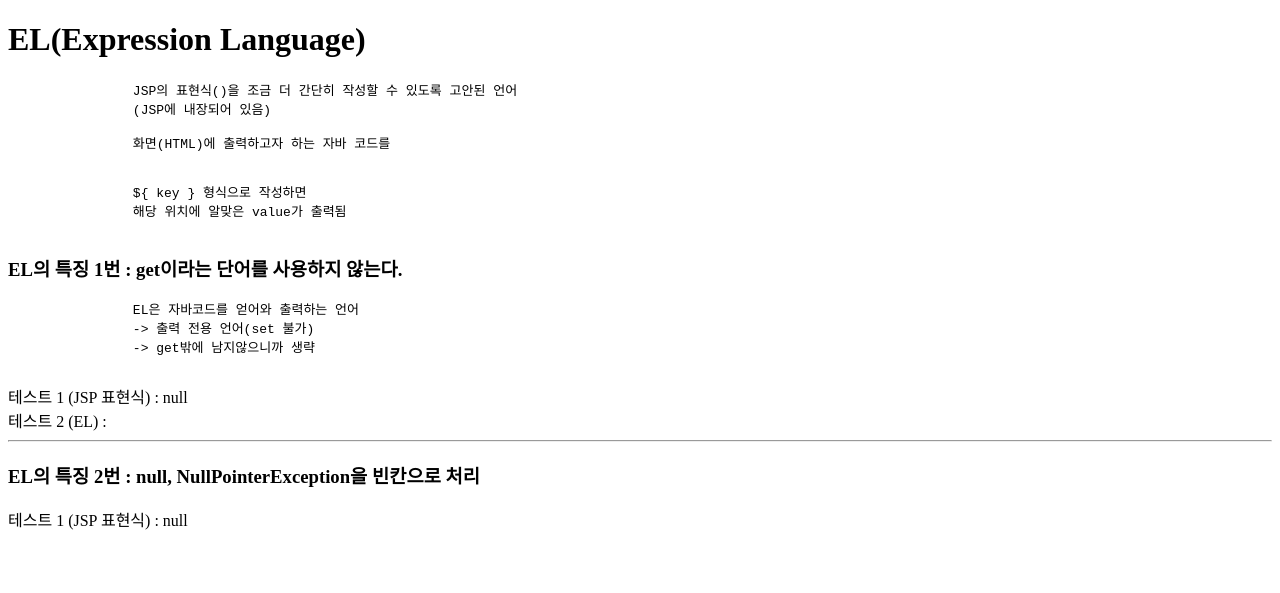
Repository: seungjoo1217/05_Server
Page: http://localhost/JSPProject2/elTest
The author's editor kept a copy of each file at every save. The page is drawn from the files as they stood at one save, then again after the next save.
The browser window is 1280 px wide. The pictures show the whole page.
The page is served by Tomcat 10.

Above is the page before, as saved 2024-03-22 03:28:14.

After the next save:
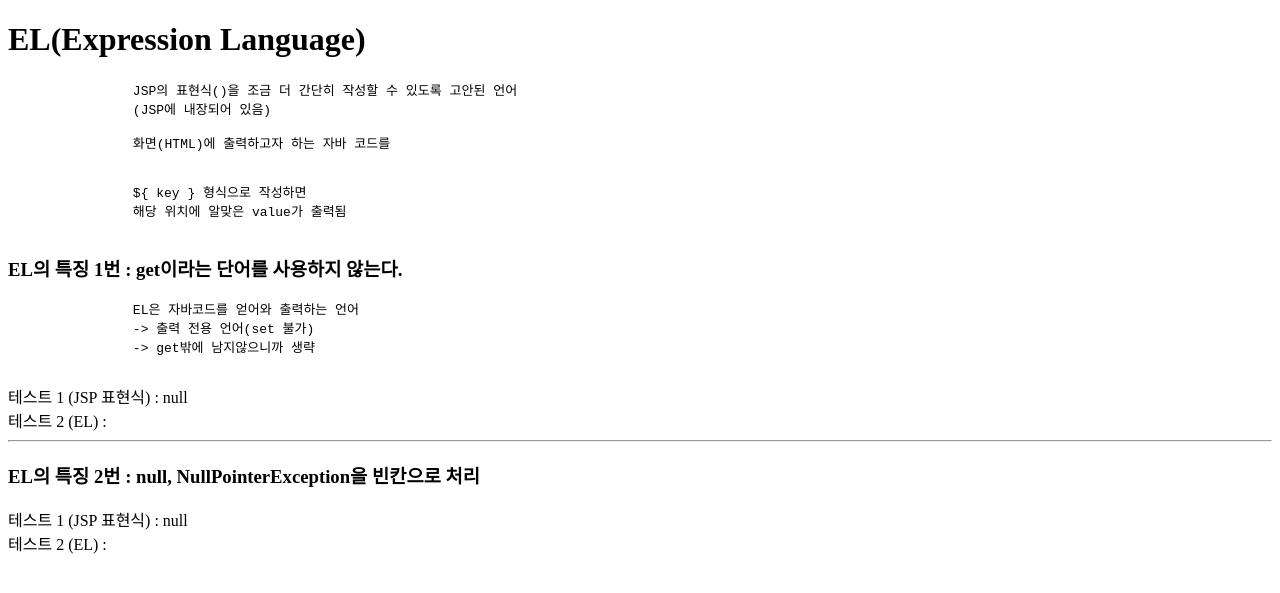
Saved 17 s later.
--- a/JSPProject2/src/main/webapp/WEB-INF/views/el/elTest.jsp
+++ b/JSPProject2/src/main/webapp/WEB-INF/views/el/elTest.jsp
@@ -37,6 +37,8 @@
 	<h3>EL의 특징 2번 : null, NullPointerException을 빈칸으로 처리</h3>
 
 	테스트 1 (JSP 표현식) : <%= request.getParameter("num") %>
+	<br>
+	테스트 2 (EL) : ${param.num}
 
 
 </body>
